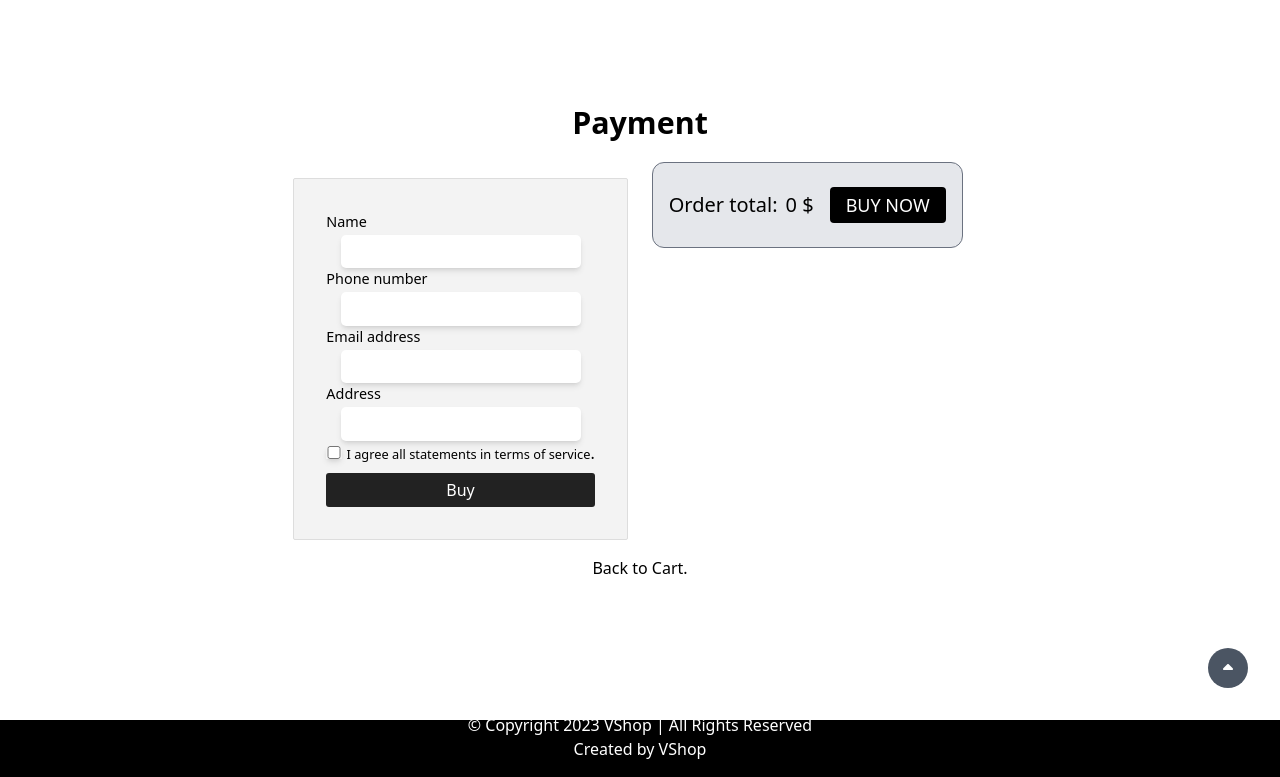
Repository: Kith933UTH/VSHOP
Page: /payment
These files come from the project's save history. The page is drawn as it stood at one moment and after the next save; the edit follows.
The browser window is 1280 px wide. The pictures show the whole page.
Pictures or frames that could not be fetched are drawn as grey boxes. The project was rebuilt for these pictures with package versions that can differ from the ones it lists, and the page was loaded fresh each time. Also part of the build but not shown: src/components/product-item/ProductItem.js, src/components/loader/Loader.js, src/constants/constants.js, src/components/product-filters/Category.js, src/components/product-filters/Price.js, src/components/product-filters/Rating.js, src/components/product-filters/ProductFilters.js, src/components/cart-shopping/CartEmpty.js and 20 more.

Above is the page before, as saved 2023-08-04 21:39:29.

### public/index.html
<!DOCTYPE html>
<html lang="en">
  <head>
    <meta charset="utf-8" />
    <link rel="icon" href="./logo.png" />
    <meta name="viewport" content="width=device-width, initial-scale=1" />
    <meta name="theme-color" content="#000000" />
    <meta
      name="description"
      content="Web site created using create-react-app"
    />
    <link rel="apple-touch-icon" href="%PUBLIC_URL%/logo192.png" />
    <!--
      manifest.json provides metadata used when your web app is installed on a
      user's mobile device or desktop. See https://developers.google.com/web/fundamentals/web-app-manifest/
    -->
    <link rel="manifest" href="%PUBLIC_URL%/manifest.json" />
    <!--
      Notice the use of %PUBLIC_URL% in the tags above.
      It will be replaced with the URL of the `public` folder during the build.
      Only files inside the `public` folder can be referenced from the HTML.

      Unlike "/favicon.ico" or "favicon.ico", "%PUBLIC_URL%/favicon.ico" will
      work correctly both with client-side routing and a non-root public URL.
      Learn how to configure a non-root public URL by running `npm run build`.
    -->
    <title>VShop</title>
  </head>
  <body>
    <noscript>You need to enable JavaScript to run this app.</noscript>
    <div id="root"></div>
  </body>
</html>

### src/index.js
import React from 'react'
import ReactDOM from 'react-dom/client'
import App from './App'
import {Provider} from "react-redux"
import {BrowserRouter} from "react-router-dom"
import {store} from "./redux"
import './index.css'

const root = ReactDOM.createRoot(document.getElementById('root'))
root.render(
    <Provider store={store}>
        <BrowserRouter>
            <App />
        </BrowserRouter>
    </Provider>
)

### src/redux/index.js
import {configureStore} from "@reduxjs/toolkit"
import {productsApi} from "./products/products.api"
import {productReducer} from "./products/products.slice"
import {setupListeners} from "@reduxjs/toolkit/query"

export const store = configureStore({
    reducer: {
        [productsApi.reducerPath]: productsApi.reducer,
        product: productReducer
    },
    middleware: getDefaultMiddleware => getDefaultMiddleware().concat(productsApi.middleware)
})

setupListeners(store.dispatch)

### src/index.css
@tailwind base;
@tailwind components;
@tailwind utilities;

@layer utilities {
    input[type="number"]::-webkit-inner-spin-button,
    input[type="number"]::-webkit-outer-spin-button {
        @apply appearance-none;
    }
}

html, body {
    width: 100%;
    height: 100%;
}

body::-webkit-scrollbar,
.box-item::-webkit-scrollbar,
.search-box::-webkit-scrollbar{
    width: 8px;
}

main {
    display: flex;
    flex-direction: column;
    height: 100%;
}

body::-webkit-scrollbar-thumb,
.box-item::-webkit-scrollbar-thumb,
.search-box::-webkit-scrollbar-thumb{
    background-color: #ccc;
    border-radius: 20px;
}

#root {
    height: 100%;
}

body {
    overflow: hidden;
}

.productItem:hover {
    transition: opacity .3s linear;
    opacity: .5;
}

.box-item {
    height: 320px;
    overflow-y: scroll;
}

/* Loader */
.loader-box {
    width: 100px;
    height: 100px;
    display: flex;
    justify-content: center;
    align-items: center;
    margin: 50px auto 0;
}

.loader{
    position: relative;
    width: 70px;
    height: 70px;
}

.loader span {
    position: absolute;
    top:0;
    left: 0;
    width: 100%;
    height: 100%;
    transform: rotate(calc(18deg * var(--i)));
}

.loader span::before {
    content:'';
    position: absolute;
    top: 0;
    left: 0;
    width: 10px;
    height: 10px;
    background: #000;
    border-radius: 50%;
    transform: scale(0);
    animation: animate 2s linear infinite;
    animation-delay: calc(0.1s * var(--i));
}
@keyframes animate {
    0%{
        transform: scale(0);
    }
    10%{
        transform: scale(1.2);
    }
    80%,100%{
        transform: scale(0);
    }
}

### src/context/context.js
import {createContext} from "react"

export const Context = createContext()

### src/components/footer/Footer.js
import React from "react"
import { Contact } from "../contact/Contact"
import { Policy } from "../policy/Policy"
export function Footer() {
    return (
        <footer className='bg-black text-white in-h-fit'>
            {/* <div className='max-w-[1240px] mx-auto py-2 text-sm sm:text-base'>
                <div className='flex justify-center'>
                    <a href='https://github.com/VolodymyrGoshko/react-shop'
                       target='_blank'
                       rel="noreferrer"
                       className='capitalize border-b mb-3 text-base hover:text-gray-300 transition'
                    >
                        view source code on github
                    </a>
                </div>
                <div className='flex justify-center flex-col items-center'>
                    <p className='text-center'>© Copyright 2022 React Shop | All Rights Reserved</p>
                    <a href='https://www.linkedin.com/in/volodymyr-goshko-656ab920b/'
                       target="_blank"
                       rel="noreferrer"
                       className='hover:text-gray-300 transition'
                    >
                        Created by Volodymyr Goshko
                    </a>
                </div>
            </div> */}
            <Contact />
            <Policy />
            <div className='flex justify-center flex-col items-center my-4'>
                    <p className='text-center'>© Copyright 2023 VShop | All Rights Reserved</p>
                    <a href='#' className='hover:text-gray-300 transition' >
                        Created by VShop
                    </a>
                </div>
        </footer>
    )
}

### src/components/btn-scroll/BtnScroll.js
import React from "react"
import {FontAwesomeIcon} from "@fortawesome/react-fontawesome"
import {faCaretUp} from "@fortawesome/free-solid-svg-icons"

export function BtnScroll() {
    const topClick = () => {
        const body = document.querySelector('body').getBoundingClientRect().top + window.scrollY
        window.scroll({
            top: body,
            behavior: 'smooth'
        })
    }

    return (
        <button
            className='fixed bottom-8 right-4 bg-gray-600 text-white rounded-full w-[30px] h-[30px] md:w-[40px] md:h-[40px] md:right-8 md:bottom-8 z-20 shadow-gray-600'
            onClick={topClick}
        >
            <FontAwesomeIcon icon={faCaretUp}/>
        </button>
    )
}

### src/components/payment/Payment.js
import React from "react"
import {useDispatch, useSelector} from "react-redux"
import { Link } from "react-router-dom"
import { CartItemPayment } from "./CartItemPayment"
export function Payment({login}) {
    const {cart, btnCart} = useSelector(state => state.product)
    const totalPrice = () => {
        let price = 0
        cart.forEach(item => price += item.price * item.quantity)
        return Math.round(price * 0.9 * 100) / 100
    }
    return (
        <div className="register-page text-center m-5-auto">
            <h2>Payment</h2>
            <div className="flex flex-row justify-center">
                <form action="/success">
                    <p>
                        <label>Name</label><br/>
                        <input className='shadow-md' type="text" name="name" required />
                    </p>
                    <p>
                        <label>Phone number</label><br/>
                        <input className='shadow-md' type="tel" name="tel" required />
                    </p>
                    <p>
                        <label>Email address</label><br/>
                        <input className='shadow-md' type="email" name="email" required />
                    </p>
                    <p>
                        <label>Address</label><br/>
                        <input className='shadow-md'  type="text" name="address" required />
                    </p>
                    <p className='mb-2'>
                        <input className='shadow-md' type="checkbox" name="checkbox" id="checkbox" required /> <span>I agree all statements in <a href="https://google.com" target="_blank" rel="noopener noreferrer">terms of service</a></span>.
                    </p>
                    <p>
                        <button id="sub_btn" type="submit">Buy</button>
                    </p>
                </form>
                <div className={`px-1 py-2 sm:py-4 sm:px-6 ${cart.length > 2 ? 'box-item' : ''}`}>
                    {cart.map(item => <CartItemPayment key={item.id} item={item}/>)}
                    <div className='bg-gray-200 w-fit py-3 px-2 rounded-xl border border-gray-500 flex flex-col justify-between items-center sm:flex-row sm:py-6 sm:px-4'>
                        <div className='mr-0 sm:mr-4'>
                            <span className='mr-2 text-base sm:text-xl'>Order total:</span>
                            <span className='text-base sm:text-xl'>{totalPrice()} $</span>
                        </div>
                        <Link to='payment'>
                            <button className='text-sm sm:text-lg uppercase bg-black text-white py-1 px-4 rounded hover:bg-gray-500 transition mt-1 sm:mt-0'>buy now</button>
                        </Link>
                    </div>
                </div>
            </div>
            <footer>
                <p><Link to="/">Back to Cart</Link>.</p>
            </footer>
        </div>
    )
}

### src/redux/products/products.api.js
import {createApi, fetchBaseQuery} from "@reduxjs/toolkit/query/react"

export const productsApi = createApi({
    reducerPath: 'products/api',
    baseQuery: fetchBaseQuery({
        baseUrl: 'https://fakestoreapi.com'
    }),
    // refetchOnFocus: true,
    endpoints: build => ({
        getProductsAll: build.query({
            query:() => ({
                url: '/products'
            })
        }),
        getProductById: build.query({
            query:(id) => ({
                url: `/products/${id}`
            })
        }),
        getProductByCategory: build.query({
            query:(category) => ({
                url: `/products/category/${category}`
            })
        })
    })
})

export const {
    useGetProductsAllQuery,
    useGetProductByIdQuery,
    useGetProductByCategoryQuery
} = productsApi

### src/redux/products/products.slice.js
import {createSlice} from "@reduxjs/toolkit"

const productsSlice = createSlice({
    name: 'products',
    initialState: {
        cart: [],
        btnCart: null,
        filters: {},
        search: false,
        searchFilterProducts: null
    },
    reducers: {
        clearCart(state, action) {
            state.cart = state.cart.slice(0, action.payload)
        },
        addProductToCart(state, action) {
            state.cart.push({...action.payload, quantity: 1})
        },
        incrementProductInCart(state, action) {
            const item = state.cart.find(item => item.id === action.payload)
            item.quantity++
        },
        decrementProductInCart(state, action) {
            const item = state.cart.find(item => item.id === action.payload)
            if (item.quantity === 1) {
                item.quantity = 1
            } else {
                item.quantity--
            }
        },
        toggleBtnCart(state, action) {
            state.btnCart = action.payload
        },
        removeItemFromCart(state, action) {
            state.cart = state.cart.filter(el => el.id !== action.payload)
        },
        filtersProductsByCategory(state, action) {
            state.filters = action.payload
        },
        toggleSearchForm(state, action) {
            state.search = action.payload
        },
        setSearchFilterProducts(state, action) {
            state.searchFilterProducts = action.payload
        }
    },
})

export const productReducer = productsSlice.reducer
export const {
    clearCart,
    addProductToCart,
    incrementProductInCart,
    decrementProductInCart,
    toggleBtnCart,
    removeItemFromCart,
    filtersProductsByCategory,
    toggleSearchForm,
    setSearchFilterProducts
} = productsSlice.actions

### src/components/policy/Policy.js
import React from "react"
import { Link } from "react-router-dom"
export function Policy() {
    return (
        <div className='text-white in-h-fit max-w-[1240px] mx-auto py-2 text-sm sm:text-base flex justify-around items-cente'>
            <Link className='text-lg font-medium text-center' to='/return-policy'>
                RETURN POLICIES
            </Link>
            <Link className='text-lg font-medium text-center' to='/warranty-policy'>
                WARRANTY POLICIES
            </Link>
            <Link className='text-lg font-medium text-center' to='/shipping-policy'>
                SHIPPING POLICIES
            </Link>
        </div>
    )
}

### src/components/login/index.css
/* .m-5-auto {
    margin: 5rem auto
} */

.primary-button {
    margin-top: 5rem;
    margin-right: 1rem;
    padding: .6rem;
    width: 10rem;
    background: #222;
    border: none;
    color: #fff;
    font-size: 1.2rem;
    transition: all .5s;
    cursor: pointer;
    text-transform: capitalize
}

/***    Landing Page     ***/
.main-title,
.main-para {
    color: #f1f1f1
}

.main-title {
    padding-top: 10rem;
    font-size: 5rem;
    font-family: 'Fascinate', cursive;
    text-transform: uppercase
}

.main-para {
    font-size: 2.5rem;
    text-Transform: capitalize
}

#reg_btn span {
    display: inline-block;
    position: relative;
    transition: 0.5s;
}

#reg_btn span:after {
    content: '\00bb';
    position: absolute;
    opacity: 0;
    top: 0;
    right: -20px;
    transition: 0.5s;
}

#reg_btn:hover span {
  padding-right: 25px;
}

#reg_btn:hover span:after {
  opacity: 1;
  right: 0;
}

/***    Login Page     ***/
.login-page h2 {
    font-weight: 700;
    font-size: 1.9rem;
}
.login-page {
    position: fixed;
    top: 0;
    left: 0;
    right: 0;
    bottom: 0;
    z-index: 10;
    background-color: white;
    padding-top: 100px;
}

.login-page form {
    display: inline-block;
    background: #f3f3f3;
    border: 1px solid #ddd;
    border-radius: 2px;
    padding: 2rem;
    margin: 2rem 0 1rem 0
}

.login-page form label {
    float: left;
    font-size: .9rem;
    margin: 0;
    padding: 0
}

.right-label {
    float: right;
    cursor: pointer
}

.login-page input {
    width: 15rem;
    padding: .3rem;
    border-radius: 5px;
    outline: none;
    border: none
}

#sub_btn {
    display: block;
    width: 100%;
    padding: .3rem;
    border: none;
    background: #222;
    color: #fff;
    border-radius: 3px;
}

#sub_btn:hover {
    background: #333;
    transition: all .5s
}

/* footer p {
    margin: 0;
    font-size: .9rem
} */

/***    Register Page     ***/
#checkbox {
    width: 1rem
}

form span {
    font-size: .8rem
}

#reset_pass_lbl {
    float: left
}

/***    Home Page     ***/
.home-page-title {
    color: #222
}


.register-page input {
    width: 15rem;
    padding: .3rem;
    border-radius: 5px;
    outline: none;
    border: none
}

.register-page h2 {
    font-weight: 700;
    font-size: 1.9rem;
}
.register-page {
    position: fixed;
    top: 0;
    left: 0;
    right: 0;
    bottom: 0;
    z-index: 10;
    background-color: white;
    padding-top: 100px;
}

.register-page form {
    display: inline-block;
    background: #f3f3f3;
    border: 1px solid #ddd;
    border-radius: 2px;
    padding: 2rem;
    margin: 2rem 0 1rem 0
}

.register-page form label {
    float: left;
    font-size: .9rem;
    margin: 0;
    padding: 0
}

### src/components/contact/index.css
.contact-section {
    /* height: 96vh; */
    width: 100%;
    border-bottom: 1px solid #999;
}

.form-area {
    position: relative;
    /* height:84vh; */
    width: 100%;
    background: black;
    -webkit-box-sizing: border-box;
    box-sizing: border-box;
}

.form-area .form-wrap {
    /* position: absolute; */
    /* left: 50%;
    -webkit-transform: translateX(-50%);
    -ms-transform: translateX(-50%);
    transform: translateX(-50%); */
    width: 1120px;
    background-color: white;
    background-size: cover;
    background-position: center;
    border-radius: 0.2rem;
    -webkit-box-sizing: border-box;
    box-sizing: border-box;
    -webkit-box-shadow: 0 0 0.4rem 0 #999;
    box-shadow: 0 0 0.4rem 0 #999;
}

.form-wrap .title {
    padding-top: 2.4rem;
    width: 100%;
    -webkit-box-sizing: border-box;
    box-sizing: border-box;
}

.form-wrap .title h1 {
    color: black;
    font-size: 2.6rem;
    text-align: center;
}

.form-wrap .contact-area {
    padding-top: 3rem;
    display: -webkit-box;
    display: -ms-flexbox;
    display: flex;
    width: 100%;
    height: auto;
    -webkit-box-sizing: border-box;
    box-sizing: border-box;
}

.contact-area .contact-info {
    display: flex;
    flex-direction: column;
    justify-content: center;
    align-items: center;
    width: 35%;
    height: 100%;
    margin-left: 6rem;
}

.contact-info>div {
    margin-bottom: 1rem;
    display: -webkit-box;
    display: -ms-flexbox;
    display: flex;
    -webkit-box-align: center;
    -ms-flex-align: center;
    align-items: center;
}

.contact-info>div>p {
    color: #333;
    font-size: 1.4rem;
    font-weight: 500;
    text-align: center;
}

.contact-info>div>span {
    color: #61790a;
    font-size: 2rem;
    margin-right: 0.8rem;
}

.contact-area .contact-form {
    display: -webkit-box;
    display: -ms-flexbox;
    display: flex;
    -webkit-box-orient: vertical;
    -webkit-box-direction: normal;
    -ms-flex-direction: column;
    flex-direction: column;
    width: 60%;
    height: auto;
    padding: 0 3rem;
    -webkit-box-sizing: border-box;
    box-sizing: border-box;
}

.contact-form .name-field {
    display: -webkit-box;
    display: -ms-flexbox;
    display: flex;
    -webkit-box-pack: justify;
    -ms-flex-pack: justify;
    justify-content: space-between;
}

.name-field .input-area {
    width: 48%;
}

.contact-form .input-area {
    position: relative;
    margin-bottom: 2rem;
}

.input-area input {
    height: 3rem;
    width: 100%;
    color: #333;
    font-size: 1.2rem;
    border: 2px solid #fff;
    border-radius: 0.2rem;
    /* background: #eff; */
    -webkit-box-shadow: 0 0 0.1rem #666;
    box-shadow: 0 0 0.1rem #666;
    outline: none;
    padding: 0 1rem;
    -webkit-box-sizing: border-box;
    box-sizing: border-box;
    -webkit-transition: all 0.3s ease;
    -o-transition: all 0.3s ease;
    transition: all 0.3s ease;
}

.input-area label {
    position: absolute;
    top: 50%;
    left: 1rem;
    -webkit-transform: translateY(-50%);
    -ms-transform: translateY(-50%);
    transform: translateY(-50%);
    color: #333;
    font-size: 1.2rem;
    font-weight: 500;
    -webkit-transition: all 0.3s ease;
    -o-transition: all 0.3s ease;
    transition: all 0.3s ease;
}

.input-area input:focus~label,
.input-area input:valid~label {
    top: -0.8rem;
    left: 0;
    color: #fff;
    background: #111;
    border-radius: 5px;
    padding: 0.2rem;
    font-size: 1rem;
}

.contact-form .message-area {
    position: relative;
    -webkit-box-flex: 1;
    -ms-flex: 1 1 auto;
    flex: 1 1 auto;
    height: 200px;
    width: 100%;
}

.message-area textarea {
    height: 100%;
    width: 100%;
    border: 2px solid #fff;
    outline: none;
    font-size: 1.2rem;
    padding: 1rem;
    color: #333;
    -webkit-box-sizing: border-box;
    box-sizing: border-box;
    -webkit-box-shadow: 0 0 0.1rem #666;
    box-shadow: 0 0 0.1rem #666;
    border-radius: 0.2rem;
    resize: vertical;
    -webkit-transition: all 0.3s ease;
    -o-transition: all 0.3s ease;
    transition: all 0.3s ease;
}

.message-area label {
    position: absolute;
    color: #333;
    font-weight: 500;
    font-size: 1.2rem;
    top: 1rem;
    left: 1rem;
    -webkit-transition: all 0.3s ease;
    -o-transition: all 0.3s ease;
    transition: all 0.3s ease;
}

.message-area textarea:focus~label,
.message-area textarea:valid~label {
    top: -1.6rem;
    left: 0;
    color: #fff;
    padding: 0.2rem;
    background: #111;
    font-size: 1rem;
}

.contact-form .btn {
    margin-top: 1.8rem;
}

.contact-form .btn button {
    height: 3.2rem;
    width: 8rem;
    border: none;
    outline: none;
    color: #fff;
    font-size: 1.2rem;
    background: black;
    border-radius: 0.1rem;
    cursor: pointer;
}

#contact.menu-active {
    padding-top: 2rem;
}

### src/components/contact/reponsive.css
@media screen and (min-width: 940px) and (max-width: 1360px) {
    /* .contact-section {
        height: 107vh;
    } */
    .form-area .form-wrap {
        width: 90%;
        height: 620px;
    }
}

@media screen and (max-width: 1040px) {
    .contact-area .contact-info {
        margin-left: 0;
        display: flex;
        flex-direction: column;
        justify-content: center;
        align-items: center;
    }

    .contact-area .contact-form {
        padding: 0 1.8rem;
    }

}



@media screen and (max-width: 940px) {
    /* .contact-section {
        height: 148vh;
    } */

    .form-area .form-wrap {
        padding-bottom: 3.6rem;
        width: 80%;
        height: auto;
    }

    .form-wrap .contact-area {
        -webkit-box-orient: vertical;
        -webkit-box-direction: normal;
        -ms-flex-direction: column;
        flex-direction: column;
        -webkit-box-pack: center;
        -ms-flex-pack: center;
        justify-content: center;
    }

    .contact-area .contact-info {
        width: 100%;
    }

    .contact-area .contact-form {
        width: 100%;
        padding: 1rem 4rem 0 4rem;
    }
}

/*
@media screen and (max-width: 836px) {
    .contact-section {
        min-height: 96vh;
    }
} */

@media screen and (max-width: 770px) {
    .contact-section {
        height: 1100px;
    }

    .form-area .form-wrap {
        width: 88%;
        height: auto;
    }
}

@media screen and (max-width: 680px) {
    .contact-section {
        height: 1100px;
    }


    .form-area .form-wrap {
        /* top: -82%; */
        width: 88%;
        height: auto;
    }

}


@media screen and (max-width: 490px) {
    .contact-section {
        height: 1100px;
    }

    .contact-area .contact-info {
        width: 88%;
        margin-left: 1.2rem;
    }

    .form-area .form-wrap {
        /* top: -82%; */
        width: 88%;
        height: auto;
    }

    .contact-info>div>p {
        font-size: 1.2rem;
    }

    .contact-area .contact-form {
        margin-top: 1.4rem;
        padding: 0 1.2rem;
    }

}

@media screen and (max-width: 390px) {
    .contact-section {
        height: 1130px;
    }

    .contact-area .contact-info {
        width: 80%;
        /* margin-left: 1.2rem; */
    }

    .form-area .form-wrap {
        width: 90%;
        height: auto;
    }

    .contact-info>div>p {
        font-size: 1.2rem;
    }

    .contact-area .contact-form {
        width: 100%;
        padding: 1rem 1rem 0 1rem;
    }
}


@media screen and (max-width: 340px) {
    .contact-section {
        height: 980px;
    }

    .form-area .form-wrap {
        top: -86%;
        width: 96%;
    }

    .contact-area  {
        width: 100%;
    }

    .contact-area .contact-info {
        width: 100%;
        margin-left: 1rem;
    }

    .form-wrap .title h1 {
        font-size: 2rem;
    }

    .contact-info>h2 {
        font-size: 1.6rem;
    }

    .contact-info>div>p {
        font-size: 1rem;
    }

    .contact-info>div>span {
        font-size: 1.2rem;
    }

    .input-area label {
        font-size: 1rem;
    }

    .message-area label {
        font-size: 1rem;
    }

}

Loaded but not shown: tailwind.config.js (common file); src/components/contact/Contact.js (66 lines, source omitted); src/App.js (43 lines, source omitted)

After the next save:
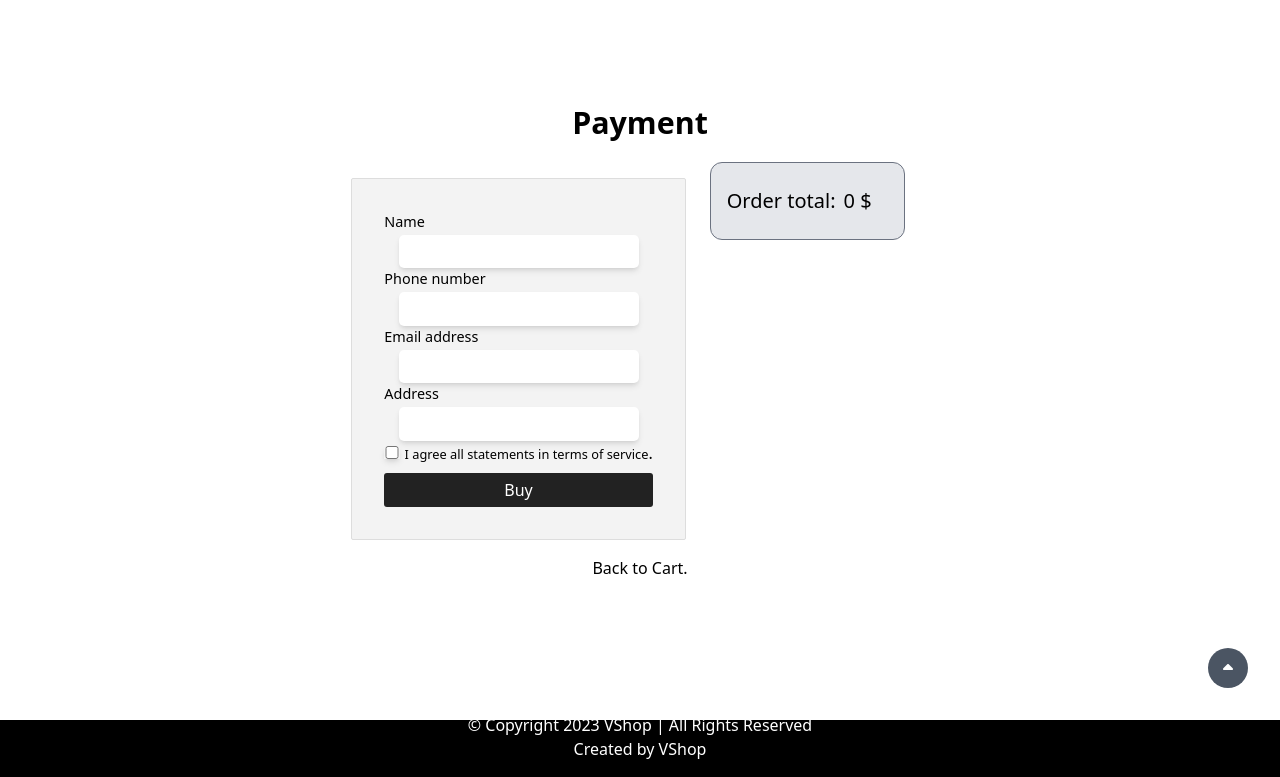
Saved 5 s later.
--- a/src/components/payment/Payment.js
+++ b/src/components/payment/Payment.js
@@ -44,9 +44,6 @@ export function Payment({login}) {
                             <span className='mr-2 text-base sm:text-xl'>Order total:</span>
                             <span className='text-base sm:text-xl'>{totalPrice()} $</span>
                         </div>
-                        <Link to='payment'>
-                            <button className='text-sm sm:text-lg uppercase bg-black text-white py-1 px-4 rounded hover:bg-gray-500 transition mt-1 sm:mt-0'>buy now</button>
-                        </Link>
                     </div>
                 </div>
             </div>
